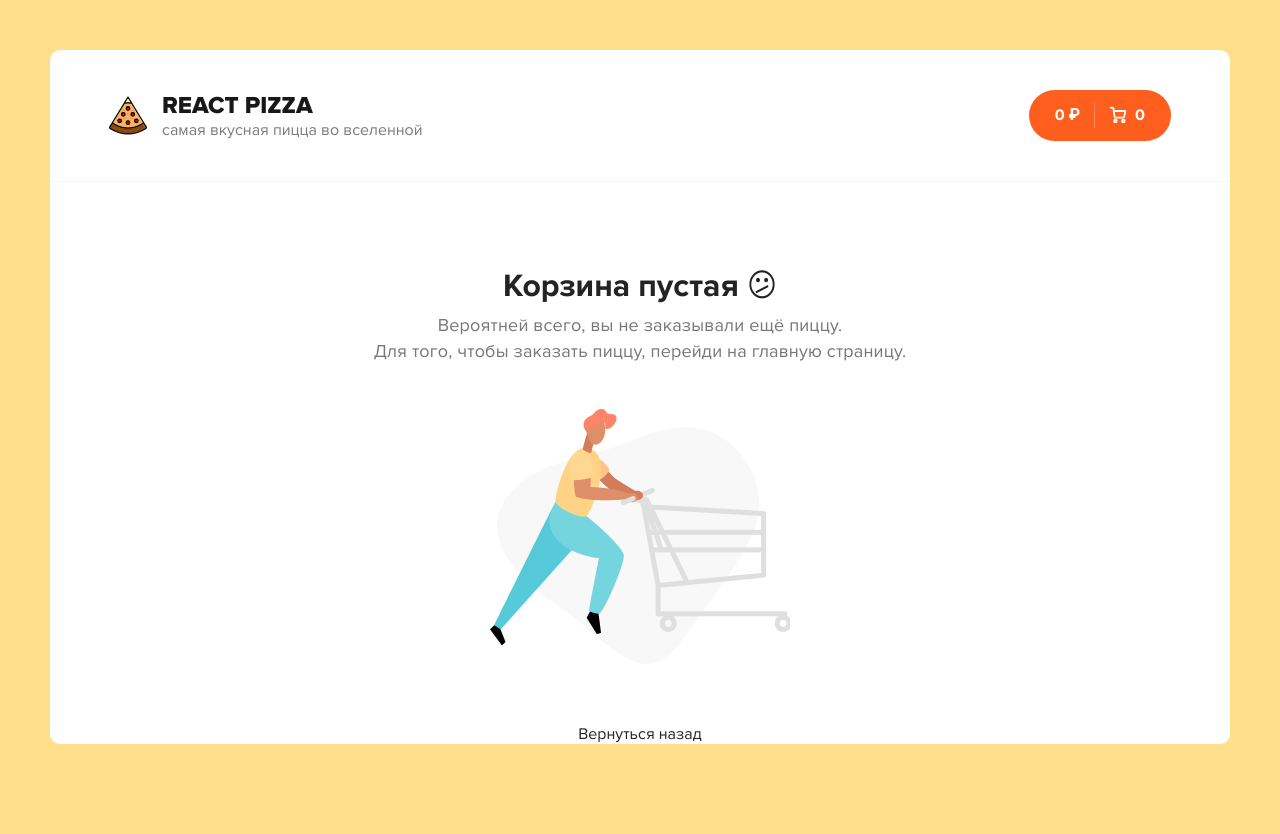
Repository: Danyil-man/online-pizzeria
Page: /cart
The author's editor kept a copy of each file at every save. The page is drawn from the files as they stood at one save, then again after the next save.
The browser window is 1280 px wide. The pictures show the whole page.
The project was rebuilt for these pictures with package versions that can differ from the ones it lists, and the page was loaded fresh each time. Also part of the build but not shown: src/pages/cart/cartItem/CartItem.tsx, src/components/categories/Categories.tsx, src/components/pizzaItem/index.tsx, src/components/pizzaItem/PizzaLoader.tsx, src/components/sortPopUp/Sort.tsx, src/pages/home/Home.tsx.

Above is the page before, as saved 2022-02-11 13:15:45.

### public/index.html
<!DOCTYPE html>
<html lang="en">

<head>
  <meta charset="utf-8" />
  <link rel="icon" href="%PUBLIC_URL%/favicon.ico" />
  <meta name="viewport" content="width=device-width, initial-scale=1" />
  <meta name="theme-color" content="#000000" />
  <meta name="description" content="Web site created using create-react-app" />
  <link rel="apple-touch-icon" href="%PUBLIC_URL%/logo192.png" />
  <!--
      manifest.json provides metadata used when your web app is installed on a
      user's mobile device or desktop. See https://developers.google.com/web/fundamentals/web-app-manifest/
    -->
  <link rel="manifest" href="%PUBLIC_URL%/manifest.json" />
  <!--
      Notice the use of %PUBLIC_URL% in the tags above.
      It will be replaced with the URL of the `public` folder during the build.
      Only files inside the `public` folder can be referenced from the HTML.

      Unlike "/favicon.ico" or "favicon.ico", "%PUBLIC_URL%/favicon.ico" will
      work correctly both with client-side routing and a non-root public URL.
      Learn how to configure a non-root public URL by running `npm run build`.
    -->
  <title>React Pizza</title>
</head>

<body>
  <noscript>You need to enable JavaScript to run this app.</noscript>
  <div id="root"></div>
  <!--
      This HTML file is a template.
      If you open it directly in the browser, you will see an empty page.

      You can add webfonts, meta tags, or analytics to this file.
      The build step will place the bundled scripts into the <body> tag.

      To begin the development, run `npm start` or `yarn start`.
      To create a production bundle, use `npm run build` or `yarn build`.
    -->
</body>

</html>

### src/index.tsx
import React from 'react';
import ReactDOM from 'react-dom';
import { Provider } from 'react-redux';
import App from './App';
import reportWebVitals from './reportWebVitals';
import './scss/app.scss'
import store from './store/reduxStore';

ReactDOM.render(
  <React.StrictMode>
    <Provider store={store}>
      <App />
    </Provider>
  </React.StrictMode>,
  document.getElementById('root')
);

reportWebVitals();

### src/App.tsx
import React from 'react';
import Routing from './routing';


const App = () => {
  return (
    <div className="wrapper">
      <div className="content">
        <Routing />
      </div>
    </div>
  );
}

export default App;

### src/store/reduxStore.ts
import { applyMiddleware, combineReducers, createStore } from "redux";
import filterReducer from "./reducers/filter";
import pizzasReducer from "./reducers/pizzas";
import thunkMiddleware from "redux-thunk";
import cartReducer from "./reducers/cart";

const reducerPack = combineReducers({
    filter: filterReducer,
    pizzas: pizzasReducer,
    cart: cartReducer
})

type reducerPackType = typeof reducerPack

export type AppStateType = ReturnType<reducerPackType>
export type InfernActionType<T> = T extends { [key: string]: (...args: any[]) => infer U } ? U : never


const store = createStore(reducerPack, applyMiddleware(thunkMiddleware))


export default store

### src/routing/index.tsx
import React from "react";
import { BrowserRouter, Route, Switch } from 'react-router-dom'
import Header from "../components/header/Header";
import Cart from "../pages/cart/Cart";
import Home from "../pages/home/Home";

const Routing = () => {
    return (
        <BrowserRouter >
            <Header />
            <Switch>
                <Route exact path='/' component={Home} />
                <Route exact path='/cart' component={Cart} />
            </Switch>
        </BrowserRouter>
    )
}

export default Routing

### src/scss/_fonts.scss
@font-face {
  font-family: "Proxima Nova";
  src: url("./fonts/ProximaNova-Black.eot");
  src: local("./fonts/Proxima Nova Black"), local("ProximaNova-Black"),
    url("./fonts/ProximaNova-Black.eot?#iefix") format("embedded-opentype"),
    url("./fonts/ProximaNova-Black.woff") format("woff"),
    url("./fonts/ProximaNova-Black.ttf") format("truetype");
  font-weight: 900;
  font-style: normal;
}

@font-face {
  font-family: "Proxima Nova";
  src: url("./fonts/ProximaNova-Bold.eot");
  src: local("./fonts/Proxima Nova Bold"), local("ProximaNova-Bold"),
    url("./fonts/ProximaNova-Bold.eot?#iefix") format("embedded-opentype"),
    url("./fonts/ProximaNova-Bold.woff") format("woff"),
    url("./fonts/ProximaNova-Bold.ttf") format("truetype");
  font-weight: bold;
  font-style: normal;
}

@font-face {
  font-family: "Proxima Nova";
  src: url("./fonts/ProximaNova-Regular.eot");
  src: local("./fonts/Proxima Nova Regular"), local("ProximaNova-Regular"),
    url("./fonts/ProximaNova-Regular.eot?#iefix") format("embedded-opentype"),
    url("./fonts/ProximaNova-Regular.woff") format("woff"),
    url("./fonts/ProximaNova-Regular.ttf") format("truetype");
  font-weight: normal;
  font-style: normal;
}

@font-face {
  font-family: "Proxima Nova";
  src: url("./fonts/ProximaNova-Extrabld.eot");
  src: local("./fonts/Proxima Nova Extrabold"), local("ProximaNova-Extrabld"),
    url("./fonts/ProximaNova-Extrabld.eot?#iefix") format("embedded-opentype"),
    url("./fonts/ProximaNova-Extrabld.woff") format("woff"),
    url("./fonts/ProximaNova-Extrabld.ttf") format("truetype");
  font-weight: 800;
  font-style: normal;
}

### src/scss/components/_header.scss
@import "../variables";

.header {
  border-bottom: 1px solid $gray-line;
  padding: 40px 0;
  margin-bottom: 40px;

  .container {
    display: flex;
    align-items: center;
    justify-content: space-between;
  }

  &__logo {
    display: flex;

    img {
      margin-right: 15px;
    }

    h1 {
      color: #181818;
      font-size: 24px;
      letter-spacing: 1%;
      text-transform: uppercase;
      font-weight: 800;
    }

    p {
      color: #7b7b7b;
    }
  }
}

### src/scss/components/_sort.scss
@import "../variables";

.sort {
  position: relative;
  &__label {
    display: flex;
    align-items: center;

    svg {
      margin-right: 8px;
    }

    b {
      margin-right: 8px;
    }

    span {
      color: $orange;
      border-bottom: 1px dashed $orange;
      cursor: pointer;
    }
  }

  &__popup {
    position: absolute;
    right: 0;
    margin-top: 15px;
    background: #ffffff;
    box-shadow: 0px 5px 15px rgba(0, 0, 0, 0.09);
    border-radius: 10px;
    overflow: hidden;
    padding: 10px 0;
    width: 160px;

    ul {
      overflow: hidden;
      li {
        padding: 12px 20px;
        cursor: pointer;

        &.active,
        &:hover {
          background: rgba(254, 95, 30, 0.05);
        }

        &.active {
          font-weight: bold;
          color: $orange;
        }
      }
    }
  }
}

### src/scss/components/_pizza-block.scss
@import "../variables";

.pizza-block {
  width: 280px;
  text-align: center;
  margin-bottom: 65px;

  &:not(:nth-of-type(4n)) {
    margin-right: 35px;
  }

  &__image {
    width: 260px;
  }

  &__title {
    font-size: 20px;
    font-weight: 900;
    letter-spacing: 1%;
    margin-bottom: 20px;
  }

  &__selector {
    display: flex;
    background-color: #f3f3f3;
    border-radius: 10px;
    flex-direction: column;
    padding: 6px;

    ul {
      display: flex;
      flex: 1;

      &:first-of-type {
        margin-bottom: 6px;
      }

      li {
        padding: 8px;
        flex: 1;
        cursor: pointer;
        font-weight: 600;
        font-size: 14px;
        @include noselect();
        &.active {
          background: #ffffff;
          box-shadow: 0px 2px 4px rgba(0, 0, 0, 0.04);
          border-radius: 5px;
          cursor: auto;
        }
        &.disabled {
          opacity: 0.4;
          pointer-events: none;
        }
      }
    }
  }

  &__bottom {
    display: flex;
    align-items: center;
    justify-content: space-between;
    margin-top: 20px;
  }

  &__price {
    font-weight: bold;
    font-size: 22px;
    line-height: 27px;
    letter-spacing: 0.015em;
  }
}

### src/store/reducers/filter.ts
import React from "react"
import { ThunkAction } from "redux-thunk"
import { AppStateType, InfernActionType } from "../reduxStore"


const SET_SORT = 'SET_SORT'
const SET_CATEGORY = 'SET_CATEGORY'

type initialStateType = {
    category: null | number
    sortBy: string
}

const initialState:initialStateType = {
    category: null,
    sortBy: 'popular'
}

//                                              REDUCER
const filterReducer = (state=initialState, action:ActionCreatorsType):initialStateType => {
    switch(action.type){
        case SET_SORT:
            return{
                ...state,
                sortBy: action.name
            }
        case SET_CATEGORY:
            return{
                ...state,
                category: action.index
            }

        default:
            return state
    }
}


//                                            ACTION CREATOR
export const actions = {
    setSort: (name:string) => ({
        type: SET_SORT,
        name
    } as const),
    setCategory: (index:number) => ({
        type: SET_CATEGORY,
        index
    } as const)
}

type ActionCreatorsType = InfernActionType<typeof actions>


//                                      THUNK

export const setItemCategory = (index:number):ThunkType => async (dispatch) => {
    dispatch(actions.setCategory(index))
}

export const setSortBy = (type:string):ThunkType => async (dispatch) => {
    dispatch(actions.setSort(type))
}

type ThunkType = ThunkAction<Promise<void>, AppStateType, unknown, ActionCreatorsType>
export default filterReducer

### src/store/reducers/pizzas.ts
import axios from "axios"
import React from "react"
import { ThunkAction } from "redux-thunk"
import { AppStateType, InfernActionType } from "../reduxStore"

const SET_PIZZA = 'SET_PIZZA'
const SET_LOADED = 'SET_LOADED'

export type PizzaType = {
    id: number,
    imageUrl: string,
    name: string,
    types: Array<number>,
    sizes: Array<number>,
    price: number,
    category: number,
    rating: number
}

type initialStateType = {
    items: Array<PizzaType>
    isLoaded: boolean
}

const initialState:initialStateType = {
    items: [],
    isLoaded: false
}

//                                              REDUCER
const pizzasReducer = (state=initialState, action:ActionCreatorsType):initialStateType => {
    switch(action.type){
        case SET_PIZZA:
            return{
                ...state,
                items: action.items,
                isLoaded:true
            }
        case SET_LOADED:
            return{
                ...state,
                isLoaded: action.isLoaded
            }

        default:
            return state
    }
}


//                                          ACTION CREATOR
export const actions = {
    setPizzas: (items: Array<PizzaType>) => ({
        type: SET_PIZZA,
        items
    } as const),
    setLoaded: (isLoaded: boolean) => ({
        type:SET_LOADED,
        isLoaded
    } as const)
}


//                                               THUNK

export const getAllPizzas = (sortBy:string, category:null | number):ThunkType => async (dispatch) => {
    dispatch(actions.setLoaded(false))
    const {data} = await axios.get(`/pizzas?${category !== null ? `category=${category}`: ''}&_sort=${sortBy}&_order=desc`)
    dispatch(actions.setPizzas(data))

}

type ThunkType = ThunkAction<Promise<void>, AppStateType, unknown, ActionCreatorsType>
type ActionCreatorsType = InfernActionType<typeof actions>

export default pizzasReducer

### src/components/header/Header.tsx
import React from "react";
import { Link } from "react-router-dom";
import logo from '../../assets/img/pizza-logo.svg'
import Button from "../button/Button";

const Header = () => {
    return (
        <div className="header">
            <div className="container">
                <Link to='/'>
                    <div className="header__logo">
                        <img width="38" src={logo} alt="Pizza logo" />
                        <div>
                            <h1>React Pizza</h1>
                            <p>самая вкусная пицца во вселенной</p>
                        </div>
                    </div>
                </Link>

                <Link to='/cart'>
                    <div className="header__cart">
                        <Button />
                    </div>
                </Link>

            </div>
        </div>
    )
}

export default Header

### src/pages/cart/Cart.tsx
import React from "react";
import { useDispatch, useSelector } from "react-redux";
import { onClearCart } from "../../store/reducers/cart";
import { AppStateType } from "../../store/reduxStore";
import CartItem from "./cartItem/CartItem";
import emptyCartImg from '../../assets/img/empty-cart.png'
import { Link } from "react-router-dom";

const Cart = () => {
    const dispatch = useDispatch()

    const { totalCount, totalPrice, items } =
        useSelector((state: AppStateType) => state.cart)
    const cartPizzas = Object.keys(items).map(key => {
        //@ts-ignore
        return items[key].items[0]
    })

    const clearCart = () => {
        if (window.confirm('Are you sure you want to clear your cart?'))
            dispatch(onClearCart())
    }
    return (
        <div className="container container--cart">
            {totalCount ? <div className="cart">
                <div className="cart__top">
                    <h2 className="content__title">
                        <svg
                            width="18"
                            height="18"
                            viewBox="0 0 18 18"
                            fill="none"
                            xmlns="http://www.w3.org/2000/svg">
                            <path
                                d="M6.33333 16.3333C7.06971 16.3333 7.66667 15.7364 7.66667 15C7.66667 14.2636 7.06971 13.6667 6.33333 13.6667C5.59695 13.6667 5 14.2636 5 15C5 15.7364 5.59695 16.3333 6.33333 16.3333Z"
                                stroke="white"
                                strokeWidth="1.8"
                                strokeLinecap="round"
                                strokeLinejoin="round"
                            />
                            <path
                                d="M14.3333 16.3333C15.0697 16.3333 15.6667 15.7364 15.6667 15C15.6667 14.2636 15.0697 13.6667 14.3333 13.6667C13.597 13.6667 13 14.2636 13 15C13 15.7364 13.597 16.3333 14.3333 16.3333Z"
                                stroke="white"
                                strokeWidth="1.8"
                                strokeLinecap="round"
                                strokeLinejoin="round"
                            />
                            <path
                                d="M4.78002 4.99999H16.3334L15.2134 10.5933C15.1524 10.9003 14.9854 11.176 14.7417 11.3722C14.4979 11.5684 14.1929 11.6727 13.88 11.6667H6.83335C6.50781 11.6694 6.1925 11.553 5.94689 11.3393C5.70128 11.1256 5.54233 10.8295 5.50002 10.5067L4.48669 2.82666C4.44466 2.50615 4.28764 2.21182 4.04482 1.99844C3.80201 1.78505 3.48994 1.66715 3.16669 1.66666H1.66669"
                                stroke="white"
                                strokeWidth="1.8"
                                strokeLinecap="round"
                                strokeLinejoin="round"
                            />
                        </svg>
                        Корзина
                    </h2>
                    <div className="cart__clear">
                        <svg
                            width="20"
                            height="20"
                            viewBox="0 0 20 20"
                            fill="none"
                            xmlns="http://www.w3.org/2000/svg">
                            <path
                                d="M2.5 5H4.16667H17.5"
                                stroke="#B6B6B6"
                                strokeWidth="1.2"
                                strokeLinecap="round"
                                strokeLinejoin="round"
                            />
                            <path
                                d="M6.66663 5.00001V3.33334C6.66663 2.89131 6.84222 2.46739 7.15478 2.15483C7.46734 1.84227 7.89127 1.66667 8.33329 1.66667H11.6666C12.1087 1.66667 12.5326 1.84227 12.8451 2.15483C13.1577 2.46739 13.3333 2.89131 13.3333 3.33334V5.00001M15.8333 5.00001V16.6667C15.8333 17.1087 15.6577 17.5326 15.3451 17.8452C15.0326 18.1577 14.6087 18.3333 14.1666 18.3333H5.83329C5.39127 18.3333 4.96734 18.1577 4.65478 17.8452C4.34222 17.5326 4.16663 17.1087 4.16663 16.6667V5.00001H15.8333Z"
                                stroke="#B6B6B6"
                                strokeWidth="1.2"
                                strokeLinecap="round"
                                strokeLinejoin="round"
                            />
                            <path
                                d="M8.33337 9.16667V14.1667"
                                stroke="#B6B6B6"
                                strokeWidth="1.2"
                                strokeLinecap="round"
                                strokeLinejoin="round"
                            />
                            <path
                                d="M11.6666 9.16667V14.1667"
                                stroke="#B6B6B6"
                                strokeWidth="1.2"
                                strokeLinecap="round"
                                strokeLinejoin="round"
                            />
                        </svg>

                        <span onClick={clearCart}>Очистить корзину</span>
                    </div>
                </div>

                <div className="content__items">
                    {cartPizzas.map(pizza => <CartItem
                        pizza={pizza}
                        //@ts-ignore
                        totalPizzaTypePrice={items[pizza.id].totalCartPrice}
                        //@ts-ignore
                        totalPizzaTypeCount={items[pizza.id].items.length}
                    />)}
                </div>
                <div className="cart__bottom">
                    <div className="cart__bottom-details">
                        <span>
                            <b> Всего пицц: {totalCount} шт.</b>
                        </span>
                        <span>
                            <b> Сумма заказа: {totalPrice}  ₽</b>
                        </span>
                    </div>
                    <div className="cart__bottom-buttons">
                        <a href="/" className="button button--outline button--add go-back-btn">
                            <svg
                                width="8"
                                height="14"
                                viewBox="0 0 8 14"
                                fill="none"
                                xmlns="http://www.w3.org/2000/svg">
                                <path
                                    d="M7 13L1 6.93015L6.86175 1"
                                    stroke="#D3D3D3"
                                    strokeWidth="1.5"
                                    strokeLinecap="round"
                                    strokeLinejoin="round"
                                />
                            </svg>

                            <span>Вернуться назад</span>

                        </a>

                        <span>Оплатить сейчас</span>

                    </div>
                </div>
            </div> : <div className="cart cart--empty ">
                <h2>
                    Корзина пустая <i>😕</i>
                </h2>
                <p>
                    Вероятней всего, вы не заказывали ещё пиццу.
                    <br />
                    Для того, чтобы заказать пиццу, перейди на главную страницу.
                </p>
                <img src={emptyCartImg} alt="Empty cart" />
                <Link>
                    <span>Вернуться назад</span>
                </Link>

            </div>}
        </div>
    )
}
export default Cart

### src/components/button/Button.tsx
import React from "react";
import { useSelector } from "react-redux";
import { AppStateType } from "../../store/reduxStore";



const Button = () => {
    const { totalCount, totalPrice } = useSelector((state: AppStateType) => state.cart)
    console.log(totalCount)
    return (
        <div className="button button--cart">
            <span>{totalPrice} ₽</span>
            <div className="button__delimiter"></div>
            <svg
                width="18"
                height="18"
                viewBox="0 0 18 18"
                fill="none"
                xmlns="http://www.w3.org/2000/svg"
            >
                <path
                    d="M6.33333 16.3333C7.06971 16.3333 7.66667 15.7364 7.66667 15C7.66667 14.2636 7.06971 13.6667 6.33333 13.6667C5.59695 13.6667 5 14.2636 5 15C5 15.7364 5.59695 16.3333 6.33333 16.3333Z"
                    stroke="white"
                    strokeWidth="1.8"
                    stroke-linecap="round"
                    stroke-linejoin="round"
                />
                <path
                    d="M14.3333 16.3333C15.0697 16.3333 15.6667 15.7364 15.6667 15C15.6667 14.2636 15.0697 13.6667 14.3333 13.6667C13.597 13.6667 13 14.2636 13 15C13 15.7364 13.597 16.3333 14.3333 16.3333Z"
                    stroke="white"
                    strokeWidth="1.8"
                    stroke-linecap="round"
                    stroke-linejoin="round"
                />
                <path
                    d="M4.78002 4.99999H16.3334L15.2134 10.5933C15.1524 10.9003 14.9854 11.176 14.7417 11.3722C14.4979 11.5684 14.1929 11.6727 13.88 11.6667H6.83335C6.50781 11.6694 6.1925 11.553 5.94689 11.3393C5.70128 11.1256 5.54233 10.8295 5.50002 10.5067L4.48669 2.82666C4.44466 2.50615 4.28764 2.21182 4.04482 1.99844C3.80201 1.78505 3.48994 1.66715 3.16669 1.66666H1.66669"
                    stroke="white"
                    strokeWidth="1.8"
                    stroke-linecap="round"
                    stroke-linejoin="round"
                />
            </svg>
            <span>{totalCount}</span>
        </div>
    )
}

export default Button

Loaded but not shown: src/reportWebVitals.ts (common file); src/scss/_variables.scss (common file); src/scss/libs/_normalize.scss (common file); src/scss/components/_all.scss (common file); src/scss/components/_categories.scss (common file); src/scss/app.scss (310 lines, source omitted); src/store/reducers/cart.ts (108 lines, source omitted); src/scss/components/_button.scss (149 lines, source omitted)

After the next save:
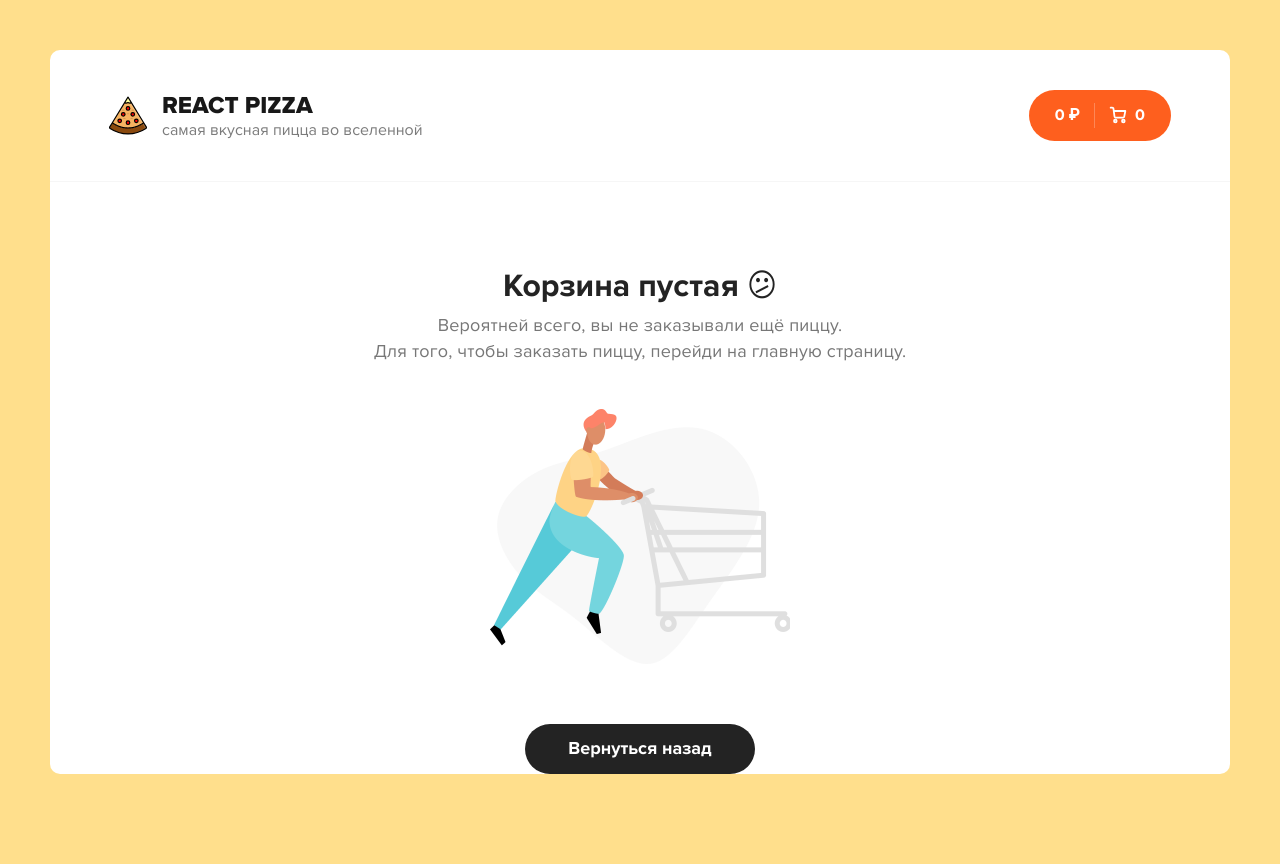
Saved 23 s later.
--- a/src/pages/cart/Cart.tsx
+++ b/src/pages/cart/Cart.tsx
@@ -149,10 +149,9 @@ const Cart = () => {
                     Для того, чтобы заказать пиццу, перейди на главную страницу.
                 </p>
                 <img src={emptyCartImg} alt="Empty cart" />
-                <Link>
+                <Link to='/' className="button button--black">
                     <span>Вернуться назад</span>
                 </Link>
-
             </div>}
         </div>
     )
